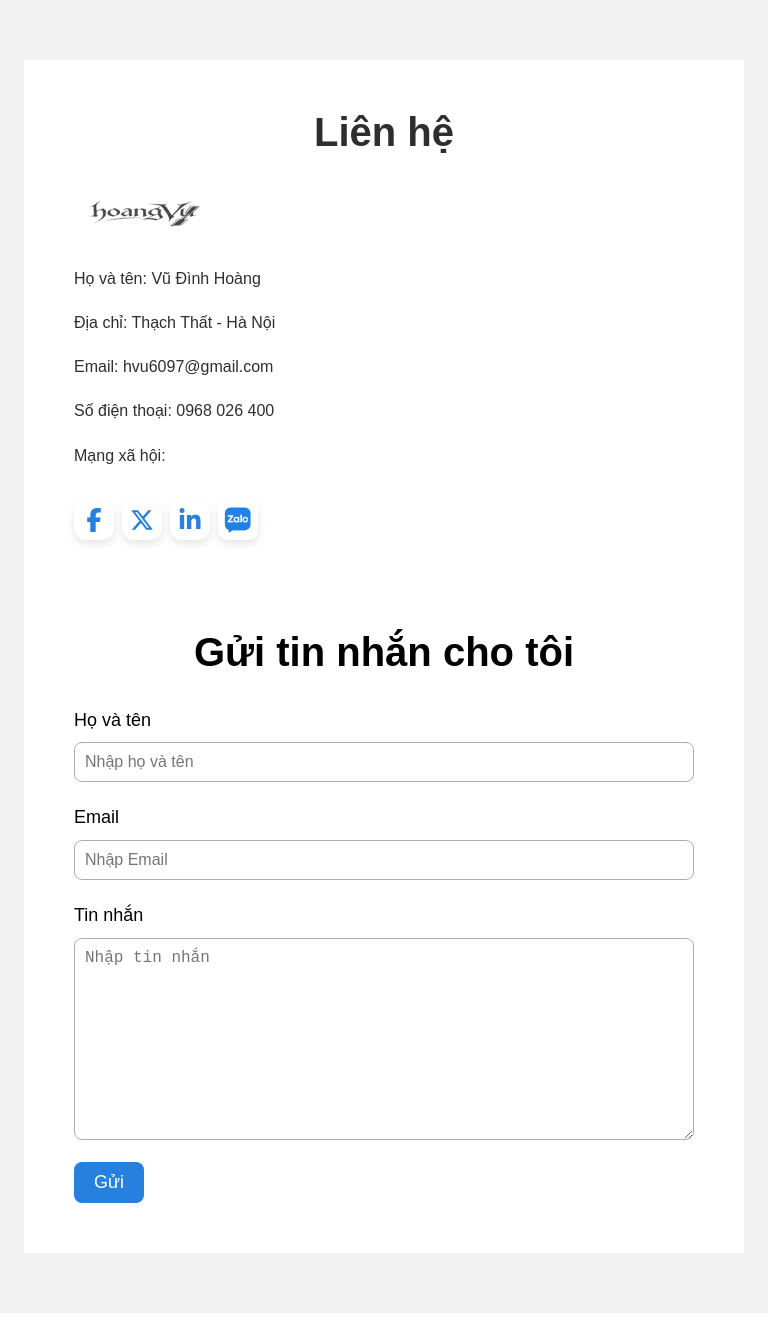
Repository: hoang28092000/portfolio
Page: pages/contact.html
An editor plug-in stored every save of this project. The page is shown before and after the next save, followed by the edit.
The browser window is 768 px wide. The pictures show the whole page.

Above is the page before, as saved 2025-04-12 01:18:56.

### pages/contact.html
<!DOCTYPE html>
<html lang="en">
  <head>
    <meta charset="UTF-8" />
    <meta name="viewport" content="width=device-width, initial-scale=1.0" />
    <link
      rel="stylesheet"
      href="https://cdnjs.cloudflare.com/ajax/libs/font-awesome/6.7.2/css/all.min.css"
      integrity="sha512-Evv84Mr4kqVGRNSgIGL/F/aIDqQb7xQ2vcrdIwxfjThSH8CSR7PBEakCr51Ck+w+/U6swU2Im1vVX0SVk9ABhg=="
      crossorigin="anonymous"
      referrerpolicy="no-referrer"
    />
    <link rel="stylesheet" href="../css/pages.css" />
    <link rel="stylesheet" href="../css/responsive-pages.css" />
    <title>Liên hệ</title>
  </head>
  <body>
    <main id="main-contact">
      <div class="container">
       <div class="contact">
        <h2 class="title-heading title-contact">Liên hệ</h2>
        <div class="content-contact">
          <div class="contact-left">
            <div class="logo-contact">
              <img
                src="../asset/image/hoangVu_logo.png"
                alt="logo"
                class="img-logo-contact"
              />
            </div>

            <div class="info-contact">
              <p class="txt-contact">Họ và tên: Vũ Đình Hoàng</p>
              <p class="txt-contact">Địa chỉ: Thạch Thất - Hà Nội</p>
              <p class="txt-contact">Email: hvu6097@gmail.com</p>
              <p class="txt-contact">Số điện thoại: 0968 026 400</p>
            </div>
            <p class="txt-contact">Mạng xã hội:</p>
            <div class="social-contact">
              <a
                href="https://www.facebook.com/profile.php?id=100008725181742"
                target="_blank"
                ><i class="fa-brands fa-facebook-f icon-contact"></i
              ></a>
              <a href="https://x.com/kinsman2809" target="_blank"
                ><i class="fa-brands fa-x-twitter icon-contact"></i
              ></a>
              <a
                href="https://www.linkedin.com/in/ho%C3%A0ng-v%C5%A9-0b4891179/"
                target="_blank"
                ><i class="fa-brands fa-linkedin-in icon-contact"></i
              ></a>
              <a href="https://zalo.me/0968026400" target="_blank">
                <img src="../asset/image/icon-zalo.png" alt="zalo" class="img-social-contact">
              </a>
            </div>
          </div>

          <div class="contact-right">
            <h3 class="title-contact">Gửi tin nhắn cho tôi</h3>
            <form action="" class="form-contact">
              <div class="input-contact">
                <label for="name" class="label-contact">Họ và tên</label>
                <input type="text" id="name" placeholder="Nhập họ và tên" class="input-field" required />
              </div>
              <div class="input-contact">
                <label for="email" class="label-contact">Email</label>
                <input type="email" id="email" placeholder="Nhập Email" class="input-field" required />
              </div>
              <div class="input-contact">
                <label for="message" class="label-contact">Tin nhắn</label>
                <textarea
                  name="message"
                  id="message" placeholder="Nhập tin nhắn"
                  cols="30"
                  rows="10"
                  class="input-field"
                  required
                ></textarea>
              </div>
              <button type="submit" class="btn-submit">Gửi</button>
            </form>
          </div>
        </div>
       </div>
      </div>
    </main>
  </body>
</html>

### css/pages.css
* {
  padding: 0;
  margin: 0;
  box-sizing: border-box;
}
html {
  font-family: Poppins, sans-serif;
  font-size: 62.5%;
}

.container {
  width: 1170px;
  max-width: calc(100% - 48px);
  margin: 0 auto;
}

/* main */

#about,
#skills {
  background-color: #f2f2f2;
}
.top-content-about {
  padding: 60px 0;
  display: flex;
  justify-content: space-between;
  align-items: center;
}
.about-left {
  width: 40%;
}
.img-about {
  width: 100%;
  border: 6px solid #7a7575;
  border-radius: 50%;
}
.about-right {
  max-width: 702px;
  height: 362px;
  margin-left: 120px;
  padding-right: 60px;
}
.title-heading {
  font-size: 6rem;
  color: #2e2e2e;
  font-weight: 700;
  margin-bottom: 30px;
}
.about-right .desc-about {
  font-size: 1.6rem;
  color: #6b6565;
  font-weight: 500;
  line-height: 1.76;
  margin-top: 20px;
  text-align: justify;
}
.content-main {
  display: grid;
  grid-template-columns: 1fr 1fr;
  gap: 80px;
  padding-top: 70px;
}
.paragraph {
  margin-bottom: 20px;
}
.heading-main {
  font-size: 2rem;
  color: #2e2e2e;
  margin-bottom: 10px;
  line-height: 1.66;
}
.desc-content-main {
  font-size: 1.6rem;
  color: #2e2e2e;
  font-weight: 300;
  line-height: 1.76;
  text-align: justify;
}
.list-img-about {
  display: flex;
  justify-content: center;
  align-items: center;
  margin-top: 30px;
  gap: 20px;
  padding-bottom: 30px;
}
.list-img-about img {
  width: 200px;
  height: 200px;
  border-radius: 10px;
  border: 1px solid #2e2e2e;
  transition: all 0.3s ease-in-out;
}
.list-img-about img:hover {
  transform: scale(1.1);
  border: 2px solid #fff;
}

/* skills */
.title-skills {
  padding-top: 60px;
  text-align: center;
}
#skills ul {
    padding-left: 18px;
}

.my-project{
    margin-top: 70px;
}
.list-project{
    display: grid;
    grid-template-columns: repeat(auto-fit, minmax(300px, 1fr));
    gap: 30px;
    margin-top: 60px;
}
.list-project a{
    text-decoration: none;
    color: #2e2e2e;
}
.card-project{
    position: relative;
    background-color: #fff;
    border-radius: 10px;
    box-shadow: 0 4px 8px rgba(0, 0, 0, 0.1);
    overflow: hidden;
    transition: all 0.3s ease-in-out;
    cursor: pointer;
}
.card-project:hover{
    transform: scale(1.05);
    box-shadow: 0 8px 16px rgba(0, 0, 0, 0.2);
}
.card-project::after {
    display: flex;
    justify-content: center;
    align-items: center;
    font-weight: 600;
    color: #fff;
    content: 'Xem Thêm Demo';
    font-size: 3rem;
    position: absolute;
    top: 0; left: 0;
    width: 100%; height: 100%;
    background: #16161633; /* màu đen mờ */
    opacity: 0;
    transition: opacity 0.3s ease;
    pointer-events: none; /* để không cản trở click hay hover */
    z-index: 1;
  }
  .card-project:hover::after {
    opacity: 1;
  }

.card-project img{
    width: 100%;
    height: 200px;
    object-fit: cover;
}

.info-card{
    padding: 30px 20px 20px;
    text-align: center;

}
.heading-card{
    font-size: 2rem;
    color: #2e2e2e;
    margin-bottom: 10px;
}
.desc-card{
    font-size: 1.6rem;
    color: #2e2e2e;
    font-weight: 300;
    line-height: 1.76;
}
.desc-card span {
    font-weight: bold;
}

#main-contact{
    padding: 60px 0;
    background-color: #f2f2f2;
}
#main-contact .title-contact{
    font-size: 4rem;
    text-align: center;
    margin-bottom: 30px;
}

/* contact */
#main-contact{
    display: flex;
    justify-content: center;
    align-items: center;
    width: 100%;
    height: 100vh;
    overflow: hidden;
}
.contact{
    background-color: #fff;
    padding: 50px;
}
.contact .content-contact{
    display: flex;
    justify-content: space-between;
}

.contact-left {
    width: 50%;
}
.logo-contact{
    display: flex;
    align-items: center;
    margin-bottom: 20px;
}
.img-logo-contact{
    width: 140px;
    height: 60px;
    padding: 10px;

}

.img-social-contact{
    width: 60px;
    height: 60px;
    border-radius: 10px;
    box-shadow: 0 4px 8px rgba(0, 0, 0, 0.1);

}
.img-social-contact:hover,
.icon-contact:hover{
    transform: scale(1.1);
    box-shadow: 0 8px 16px rgba(0, 0, 0, 0.2);
}
.social-contact{
    display: flex;
    align-items: center;
    height: 60px;
    gap: 20px;
    margin-top: 20px;
}
.social-contact a{
    width: 60px;
    height: 60px;
    display: block;
    text-decoration: none;
    color: #2e2e2e;
}
.contact-right {
    width: 50%;
}
.icon-contact{
    width: 60px;
    height: 60px;
    display: flex;
    justify-content: center;
    align-items: center;
    font-size: 2.6rem;
    box-shadow: 0 4px 8px rgba(0, 0, 0, 0.1);
    border-radius: 12px;
    color: #2680de;
}

.txt-contact{
    font-size: 1.8rem;
    color: #2e2e2e;
    margin-bottom: 12px;
    line-height: 1.76;
}
.input-contact{
    margin-bottom: 20px;
}

.label-contact{
    display: block;
    font-size: 1.8rem;
    color: #000000;
    line-height: 1.76;
    font-weight: 500;
    margin-bottom: 6px;
}
.input-contact input{
    width: 100%;
    padding: 10px;
    border-radius: 8px;
    border: 1px solid #afacac;
    font-size: 1.6rem;
    color: #2e2e2e;
    outline: none;
}
.input-contact textarea{
    width: 100%;
    padding: 10px;
    border-radius: 8px;
    border: 1px solid #afacac;
    font-size: 1.6rem;
    color: #2e2e2e;
    outline: none;
}

.btn-submit{
    background-color: #2680de;
    color: #fff;
    padding: 10px 20px;
    border-radius: 8px;
    border: none;
    font-size: 1.8rem;
    cursor: pointer;
    transition: all 0.3s ease-in-out;
}
.btn-submit:hover{
    background-color: #1a5bb8;
}

### css/responsive-pages.css
/* bout-me */
@media (min-width: 1024.02px) and (max-width: 1169.98px) {
  .top-content-about {
    display: flex;
    flex-direction: column;
    align-items: center;
    padding-bottom: 40px;
  }
  .list-img-about {
    display: flex;
    flex-wrap: wrap;
    justify-content: center;
    align-items: start;
    gap: 30px;
  }
  .list-img-about img {
    max-width: 200px;
    display: block;
    border: 1px solid #2e2e2e;
  }
  .about-left {
    width: 60%;
    margin-bottom: 30px;
  }
  .about-right {
    width: 100%;
    margin-left: 0;
    padding-right: 0;
  }
  .title-heading {
    font-size: 6rem;
    text-align: center;
    margin-bottom: 16px;
  }
  .about-right .desc-about {
    font-size: 1.8rem;
    margin-bottom: 20px;
  }

  /* contact */

}
@media (max-width: 1024px) {
  .list-img-about {
    display: grid;
    grid-template-columns: 1fr 1fr 1fr;
    gap: 20px;
    flex-wrap: wrap;
    padding-bottom: 30px;
    align-items: start;
  }
  .about-left {
    width: 40%;
  }
  .about-right {
    width: 60%;
  }
  .img-about {
    width: 100%;
    height: auto;
    border-radius: 50%;
    border: 1px solid #2e2e2e;
  }
  .list-img-about img {
    display: block;
    width: 100%;
    height: auto;
    border: 1px solid #2e2e2e;
  }

}
@media (min-width: 768px) and (max-width: 1023.98px) {
  .about-right {
    width: 60%;
    height: auto;
  }
}
@media (max-width: 768px) {
  .top-content-about {
    display: flex;
    flex-direction: column;
    align-items: center;
    padding-bottom: 40px;
  }
  .about-left {
    margin-bottom: 30px;
  }
  .paragraph {
    text-align: justify;
  }
  .about-right {
    width: 100%;
    margin-left: 0;
    padding-right: 0;
  }
  .title-heading {
    font-size: 5rem;
    text-align: center;
    margin-bottom: 16px;
  }
  .about-right .desc-about {
    font-size: 1.6rem;
    margin-bottom: 20px;
    text-align: justify;
  }

  .list-img-about {
    display: grid;
    grid-template-columns: 1fr 1fr;
  }
  .list-img-about img {
    width: 100%;
    height: auto;
    border: 1px solid #2e2e2e;
  }
  .content-contact{
    display: grid;
    grid-template-columns: 250px 1fr;
    flex-wrap: wrap;
    gap: 20px;
  }
  .contact-left{
    width: 100%;
    height: auto;
    margin-bottom: 60px;
  }
  .contact-right{
    width: 100%;
    height: auto;
  }
  .txt-contact{
    font-size: 1.6rem;
    margin-bottom: 16px;
  }
  .social-contact{
    gap: 8px;
  }
  .social-contact a{
    height: 40px;
    width: 40px;
  }
  .img-social-contact{
    width: 40px;
    height: 40px;
  }
  .icon-contact{
    width: 40px;
    height: 40px;
    font-size: 2.4rem;
    margin-right: 10px;
  }
  #main-contact{
    overflow: visible;
    height: auto;
  }
}
@media (max-width: 480px) {

  .top-content-about {
    display: flex;
    flex-direction: column;
    align-items: center;
    padding-bottom: 40px;
  }
  .about-left {
    width: 60%;
    margin-bottom: 30px;
  }
  .list-img-about {
    display: grid;
    grid-template-columns: 1fr 1fr;
    gap: 10px;
    padding-bottom: 0;
  }
  .about-right {
    width: 100%;
    margin-left: 0;
    padding-right: 0;
  }
  .title-heading {
    font-size: 4rem;
    text-align: center;
    margin-bottom: 16px;
  }
  .about-right .desc-about {
    font-size: 1.6rem;
    margin-bottom: 20px;
  }
  .content-main {
    grid-template-columns: 1fr;
  }
  .paragraph {
    margin-bottom: 14px;
  }
  .paragraph .heading-main {
    font-size: 1.8rem;
    margin-bottom: 10px;
  }
  .list-img-about img {
    width: 100%;
    height: auto;
    border: 1px solid #2e2e2e;
  }
}

After the next save:
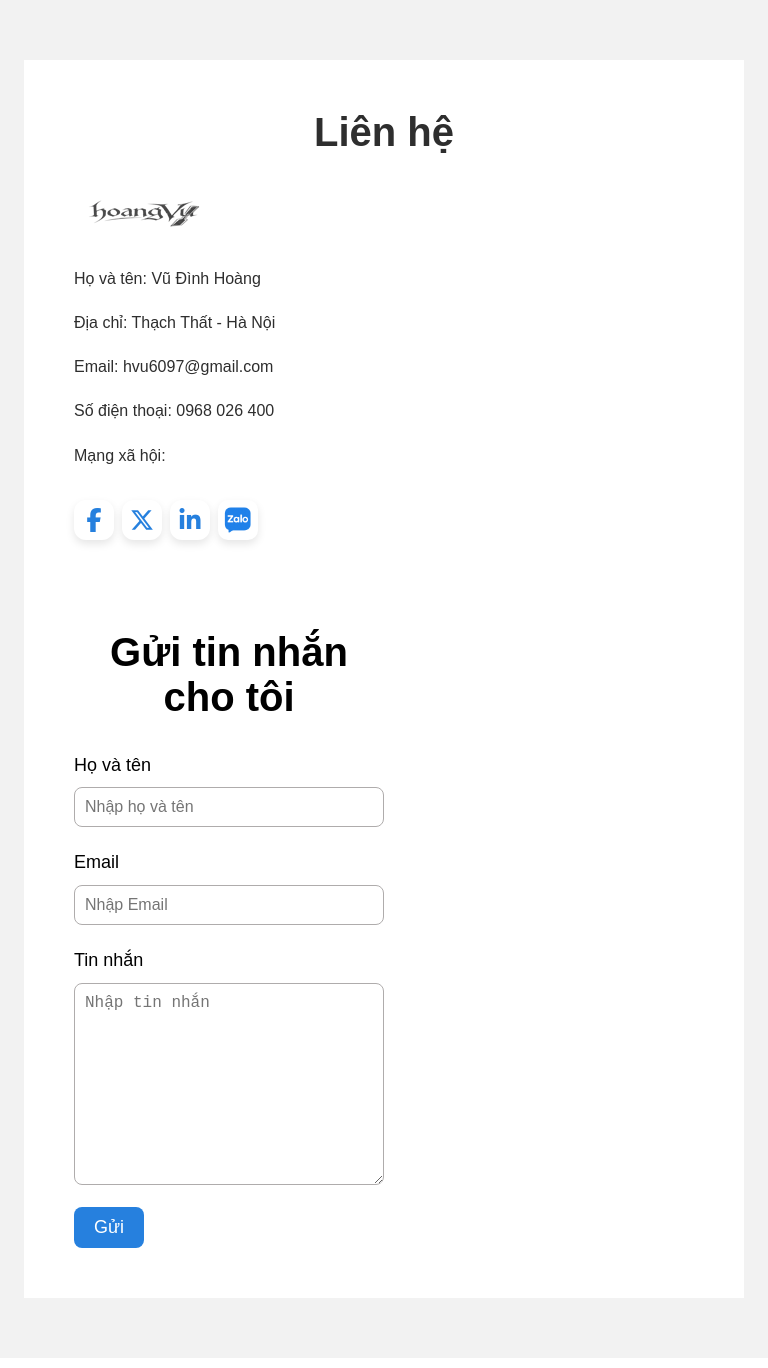
Saved 26 s later.
--- a/css/responsive-pages.css
+++ b/css/responsive-pages.css
@@ -124,6 +124,7 @@
     height: auto;
     margin-bottom: 60px;
   }
+  .title-contact
   .contact-right{
     width: 100%;
     height: auto;

After the save that followed:
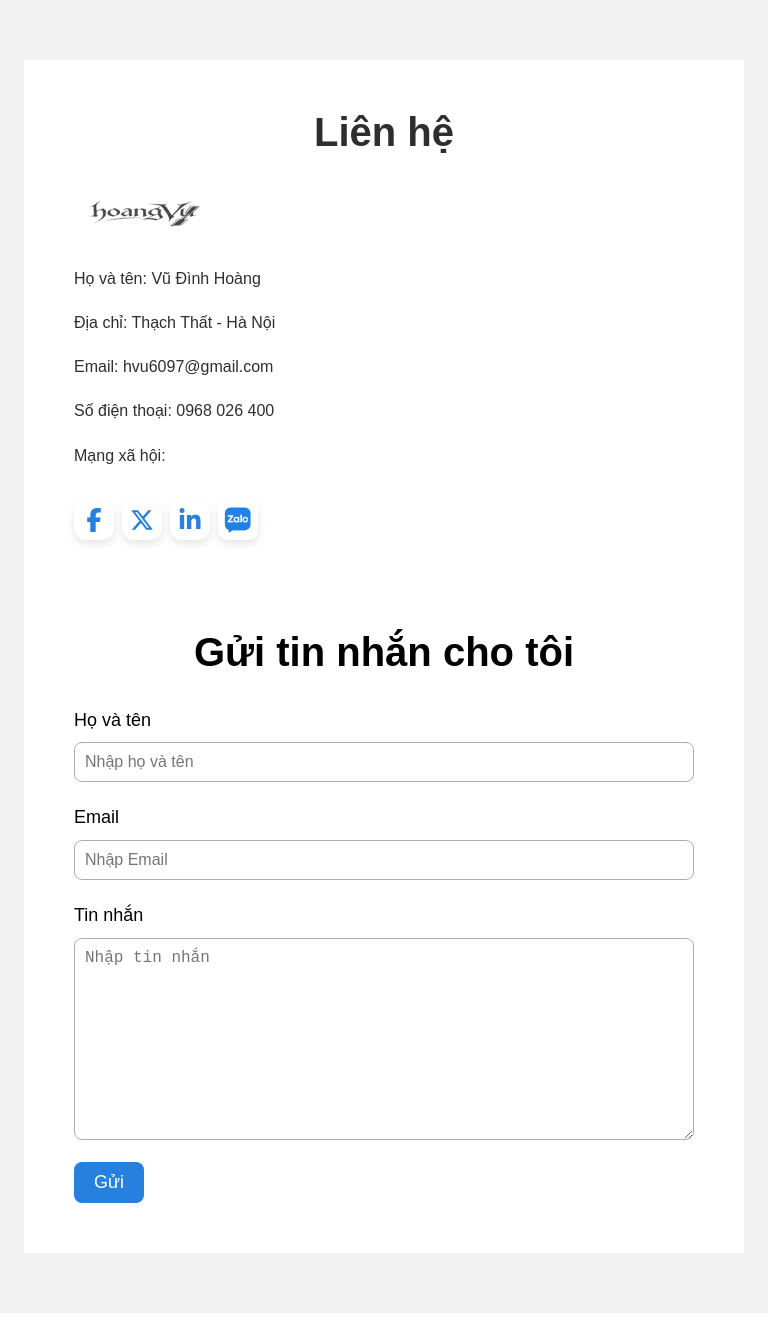
Saved 5 s later.
--- a/css/responsive-pages.css
+++ b/css/responsive-pages.css
@@ -124,7 +124,7 @@
     height: auto;
     margin-bottom: 60px;
   }
-  .title-contact
+
   .contact-right{
     width: 100%;
     height: auto;
